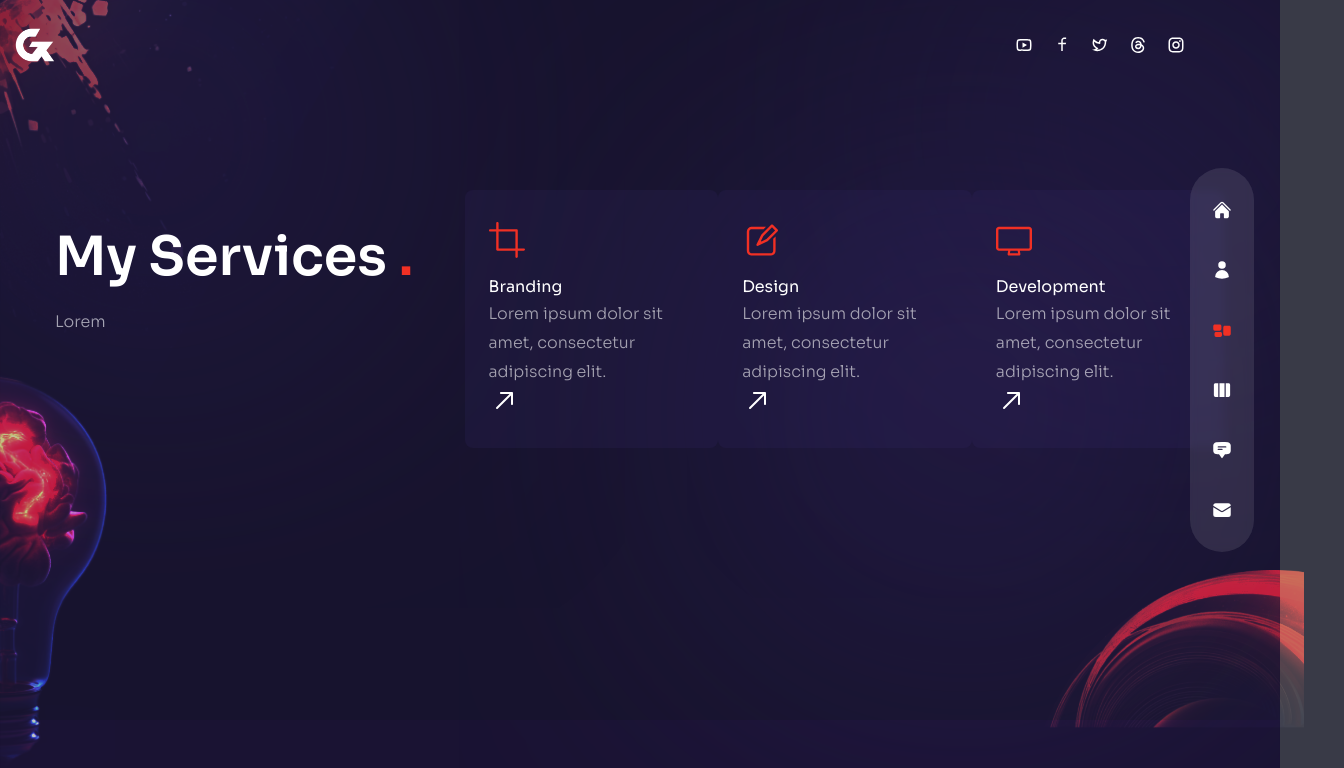
Repository: zecht12/Portofolio-without-db
Page: /services
An editor plug-in stored every save of this project. The page is shown before and after a run of saves, followed by the edit.
The browser window is 1280 px wide. The page is 1344 px wide, so the pictures cover 1344 px, including what lies to the right of the window. The pictures show the whole page.
The project was rebuilt for these pictures with package versions that can differ from the ones it lists, and the page was loaded fresh each time. The framework's server and built-in components were replaced by stand-ins that run in the browser. Also part of the build but not shown: next.config.js.

Above is the page before, as saved 2023-10-08 15:17:33.

### app/layout.js
'use client'

import './globals.css'
import {Sora} from '@next/font/google'
import Nav from '@/components/Nav'
import Header from '@/components/Header'
import TopLeftImg from '@/components/TopLeftImg'
import { useRouter } from 'next/navigation'
import Transition from '@/components/Transition'
import { AnimatePresence, motion } from 'framer-motion'

const sora = Sora({
  subsets:['latin'],
  variable:'--font-sora',
  weight:['100','200','300','400','500','600','700','800']
})

export default function RootLayout({ children }) {
  const router = useRouter();
  return (
    <html lang="en">
      <head>
        <title>Zecht Porto</title>
      </head>
      <body className={`page bg-site text-white bg-cover bg-no-repeat  ${sora.variable} font-sora relative `}>
        <AnimatePresence>
          <motion.div className='h-full' key={router.route}>
            <TopLeftImg/>
            <Nav/>
            <Header/>
            <Transition/>
            {children}
          </motion.div>
        </AnimatePresence>
      </body>
    </html>
  )
}

### app/services/page.js
'use client'

import React from 'react'
import ServiceSlider from '@/components/ServiceSlider'
import Bulb from '@/components/Bulb'
import { Motion } from 'framer-motion'
import { fadeIn } from '@/variants'
import { RxCrop, RxDesktop, RxPencil2, RxReader, RxRocket } from 'react-icons/rx'
import Circles from '@/components/Circles'

const serviceData = [
  {
    icon: <RxCrop />,
    title: 'Branding',
    description: 'Lorem ipsum dolor sit amet, consectetur adipiscing elit.',
  },
  {
    icon: <RxPencil2 />,
    title: 'Design',
    description: 'Lorem ipsum dolor sit amet, consectetur adipiscing elit.',
  },
  {
    icon: <RxDesktop />,
    title: 'Development',
    description: 'Lorem ipsum dolor sit amet, consectetur adipiscing elit.',
  },
  {
    icon: <RxReader />,
    title: 'Copywriting',
    description: 'Lorem ipsum dolor sit amet, consectetur adipiscing elit.',
  },
  {
    icon: <RxRocket />,
    title: 'SEO',
    description: 'Lorem ipsum dolor sit amet, consectetur adipiscing elit.',
  },
];

export default function Page() {
  return (
    <div className='h-full bg-primary/30 py-36 flex items-center'>
      <Circles/>
      <div className='container mx-auto'>
        <div className='flex flex-col xl:flex-row gap-x-8'>
          <div className='text-center flex xl:w-[30vw] flex-col lg:text-left mb-4 xl:mb-0 '>
            <h2 className='h2 xl:mt-8'>
              My Services <span className='text-accent'>.</span>
            </h2>
            <p className='mb-4 max-w-[400px] mx-auto lg:mx-0 '>Lorem</p>
          </div>
          <div className='w-full xl:max-w-[65%] '>
            <ServiceSlider/>
          </div>
        </div>
      </div>
      <Bulb/>
    </div>
  )
}

### app/globals.css
@tailwind base;
@tailwind components;
@tailwind utilities;

.translate-z-0 {
  transform: translateZ(0px);
}
.swiper-horizontal > .swiper-pagination-bullets .swiper-pagination-bullet,
.swiper-pagination-horizontal.swiper-pagination-bullets
  .swiper-pagination-bullet {
  background-color: #f13024;
}

.swiper-button-next:after,
.swiper-button-prev:after,
.swiper-button-next:after,
.swiper-rtl .swiper-button-prev:after {
  color: #f13024;
}

@layer base {
  body {
    @apply bg-secondary overflow-hidden leading-relaxed;
  }
  .page {
    @apply w-full h-screen overflow-hidden;
  }
  .h1 {
    @apply text-[35px] leading-tight md:text-[60px] md:leading-[1.3] mb-8 font-semibold;
  }
  .h2 {
    @apply text-[35px] leading-tight md:text-[54px] md:leading-[1.3] mb-4 font-semibold;
  }
  p {
    @apply leading-[1.8] text-white/60 font-light;
  }
  .btn,
  .input {
    @apply h-[52px];
  }
  .input {
    @apply w-full h-[52px] rounded-lg pl-6 capitalize;
  }
  .input,
  .textarea {
    @apply bg-transparent outline-none focus:ring-1 focus:ring-accent border border-white/20 placeholder:text-white/30 placeholder:font-light;
  }
  .textarea {
    @apply w-full h-[180px] p-6 capitalize rounded-lg resize-none;
  }
}

### components/Nav.js
'use client'
import Link from 'next/link';
import { useRouter } from 'next/navigation';
import {
  HiHome,
  HiUser,
  HiViewColumns,
  HiRectangleGroup,
  HiChatBubbleBottomCenterText,
  HiEnvelope,
} from 'react-icons/hi2';

// nav data
export const navData = [
  { name: 'home', path: '/', icon: <HiHome /> },
  { name: 'about', path: '/about', icon: <HiUser /> },
  { name: 'services', path: '/services', icon: <HiRectangleGroup /> },
  { name: 'work', path: '/work', icon: <HiViewColumns /> },
  {
    name: 'testimonials',
    path: '/testimonials',
    icon: <HiChatBubbleBottomCenterText />,
  },
  {
    name: 'contact',
    path: '/contact',
    icon: <HiEnvelope />,
  },
];

const Nav = () => {
  const router = useRouter();
  const pathname = router.pathname;

  return(
    <nav className='flex flex-col items-center xl:justify-center gap-y-4 fixed h-max bottom-0 mt-auto xl:right-[2%] z-50 w-screen xl:w-16 top-0 xl:max-w-md xl:h-screen'>
      <div className='flex w-full xl:flex-col items-center justify-between xl:justify-center gap-y-10 px-4 md:px-40 xl:px-0 h-[80px] bg-white/10 xl:h-max py-8 backdrop-blur-sm text-3xl xl:text-xl xl:rounded-full'>
        {navData.map((link, index)=> {
          return(
              <a className={`${link.path === pathname && 'text-accent'} relative flex items-center hover:text-accent group transition-all duration-300 dela`} href={link.path} key={index} >
                <div className='absolute pr-14 right-0 hidden xl:group-hover:flex'>
                  <div className='bg-white relative flex text-primary items-center p-[6px] rounded-[3px] '>
                    <div className='text-[12px] leading-none font-semibold capitalize '>
                      {link.name}
                    </div>
                    <div className='border-solid border-l-white border-l-8 border-y-transparent border-y-[6px] border-r-0 absolute -right-2 '></div>
                  </div>
                </div>
                <div>
                  {link.icon}
                </div>
              </a>
          )
        })}
      </div>
    </nav>
  )
};

export default Nav;

### components/Header.js
import Image from "next/image"
import Link from "next/link"
import Socials from "./Socials";

const Header = () => {
  return(
    <header className="absolute z-30 w-full flex items-center px-15 xl:px-0 xl:h-[90px] ">
      <div className="container mx-0">
        <div className="flex flex-col lg:flex-row justify-between items-center gap-y-6 py-8">
          <Link href='/'>
            <Image src={'/logo-GR.png'} width={40} height={40} alt="logo" priority={true} className="w-[40px] h-[40px] hover:scale-110 " />
          </Link>
          <Socials/>
        </div>
      </div>
    </header>
  )
};

export default Header;

### components/TopLeftImg.js
import Image from "next/image";

const TopLeftImg = () => {
  return(
    <div className="absolute left-0 top-0 mix-blend-color-dodge z-10 w-[200px] xl:w-[400px] opacity-50 ">
      <Image src="/top-left-img.png" alt="TopLeftImg" width={400} height={400} />
    </div>
  )
};

export default TopLeftImg;

### components/Transition.js
'use client'

import { motion } from 'framer-motion'

const transitionVariants = {
  initial: {
    x:"100%",
    width:"100%"
  },
  animate: {
    x:"0%",
    width:"0%"
  },
  exit: {
    x: ['0%','100%'],
    width: ['0%','100%']
  },
}

const Transition = () => {
  return (
    <>
      <motion.div variants={transitionVariants} initial="initial" animate="animate" exit="exit" transition={{delay:0.2, duration:0.6, ease:'easeInOut'}} className='fixed top-0 bottom-0 right-full w-screen h-screen z-30 bg-[#2e2257] '></motion.div>
      <motion.div variants={transitionVariants} initial="initial" animate="animate" exit="exit" transition={{delay:0.4, duration:0.6, ease:'easeInOut'}} className='fixed top-0 bottom-0 right-full w-screen h-screen z-20 bg-[#3b2d71] '></motion.div>
      <motion.div variants={transitionVariants} initial="initial" animate="animate" exit="exit" transition={{delay:0.6, duration:0.6, ease:'easeInOut'}} className='fixed top-0 bottom-0 right-full w-screen h-screen z-10 bg-[#4b3792] '></motion.div>
    </>
  );
};

export default Transition;

### components/ServiceSlider.js
import { RxArrowTopRight, RxCrop, RxDesktop, RxPencil2, RxReader, RxRocket } from 'react-icons/rx'
import { Swiper, SwiperSlide} from "swiper/react";
import 'swiper/css'
import 'swiper/css/free-mode'
import 'swiper/css/pagination'
import { Pagination, FreeMode } from 'swiper/modules';
import { motion } from "framer-motion";
import { fadeIn } from "@/variants";
import React from 'react';

const serviceData = [
  {
    icon: <RxCrop />,
    title: 'Branding',
    description: 'Lorem ipsum dolor sit amet, consectetur adipiscing elit.',
  },
  {
    icon: <RxPencil2 />,
    title: 'Design',
    description: 'Lorem ipsum dolor sit amet, consectetur adipiscing elit.',
  },
  {
    icon: <RxDesktop />,
    title: 'Development',
    description: 'Lorem ipsum dolor sit amet, consectetur adipiscing elit.',
  },
  {
    icon: <RxReader />,
    title: 'Copywriting',
    description: 'Lorem ipsum dolor sit amet, consectetur adipiscing elit.',
  },
];

const ServiceSlider = () => {
  const navigationPrevRef = React.useRef(null)
  const navigationNextRef = React.useRef(null)
  return(
    <Swiper
    navigation={{
        prevEl: navigationPrevRef.current,
        nextEl: navigationNextRef.current,
    }}
    onBeforeInit={(swiper) => {
        swiper.params.navigation.prevEl = navigationPrevRef.current;
        swiper.params.navigation.nextEl = navigationNextRef.current;
    }}
    pagination={{ clickable: true }}
    freeMode={true}
    breakpoints={{
      320: {
        slidesPerView: 1,
        spaceBetween: 15
      },
      640:{
        slidesPerView: 1,
      },
      1280:{
        slidesPerView: 3,
      }
    }}
    className='h-[240px] sm:h-[340px] '>
      {serviceData.map((item,index) => {
        return(
          <SwiperSlide key={index}>
            <div className='bg-[rgba(65,47,123,0.15)] h-max rounded-lg px-6 py-8 flex sm:flex-col gap-x-6 sm:gap-x-0 group cursor-pointer hover:bg-[rgba(89,65,165,0.15)] transition-all duration-300 '>
              <div className='text-4xl text-accent mb-4'>
                {item.icon}
              </div>
              <div>
                <div>
                  {item.title}
                </div>
                <p>
                  {item.description}
                </p>
              </div>
              <div className='text-3xl'>
                <RxArrowTopRight/>
              </div>
            </div>
          </SwiperSlide>
        )
      })}
    </Swiper>
  )
};

export default ServiceSlider;

### components/Bulb.js
'use client'

import Image from "next/image";

const Bulb = () => {
  return(
    <div className="absolute -left-36 -bottom-12 mix-blend-color-dodge animate-pulse duration-75 w-[200px] z-20 xl:w-[260px] ">
      <Image src="/bulb.png" alt="bulb" width={260} height={200} className="w-full h-full" />
    </div>
  )
};

export default Bulb;

### components/Circles.js
'use client'

import Image from "next/image";

const Circles = () => {
  return (
    <div className="w-[200px] xl:w-[300px] absolute md:-right-16 -right-0 -bottom-2 mix-blend-color-dodge animate-pulse duration-75 z-10 ">
      <Image src={'/circles.png'} width={260} height={200} className="w-gull h-full" alt="circle" />
    </div>
  )
};

export default Circles;

### components/Socials.js
import Link from "next/link";
import { RiYoutubeLine, RiInstagramLine, RiFacebookLine, RiDribbbleLine, RiBehanceLine, RiThreadsLine, RiTwitterLine } from 'react-icons/ri'

const Socials = () => {
  return(
    <div className="flex items-center gap-x-5 text-lg">
      <Link href="/" className="hover:text-accent transition-all duration-300">
        <RiYoutubeLine />
      </Link>
      <Link href="/" className="hover:text-accent transition-all duration-300">
        <RiFacebookLine />
      </Link>
      <Link href="/" className="hover:text-accent transition-all duration-300">
        <RiTwitterLine />
      </Link>
      <Link href="/" className="hover:text-accent transition-all duration-300">
        <RiThreadsLine />
      </Link>
      <Link href="/" className="hover:text-accent transition-all duration-300">
        <RiInstagramLine />
      </Link>
    </div>
  )
};

export default Socials;

Loaded but not shown: variants.js (common file); tailwind.config.js (common file)

After the next 4 saves:
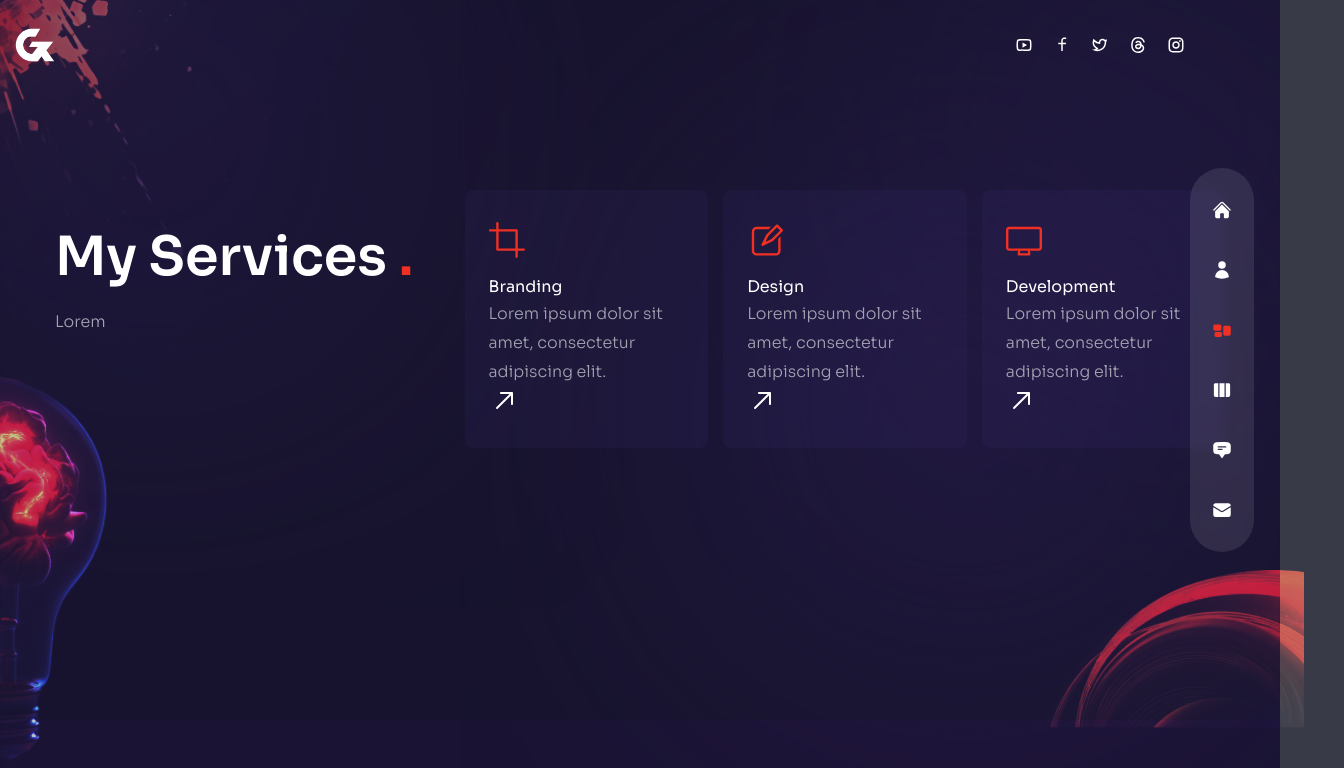
The 4 saves are shown as one change because they came seconds apart.
The last was saved 18 s later.
--- a/components/ServiceSlider.js
+++ b/components/ServiceSlider.js
@@ -52,10 +52,12 @@ const ServiceSlider = () => {
         spaceBetween: 15
       },
       640:{
-        slidesPerView: 1,
+        slidesPerView: 3,
+        spaceBetween: 15
       },
       1280:{
         slidesPerView: 3,
+        spaceBetween: 15
       }
     }}
     className='h-[240px] sm:h-[340px] '>
